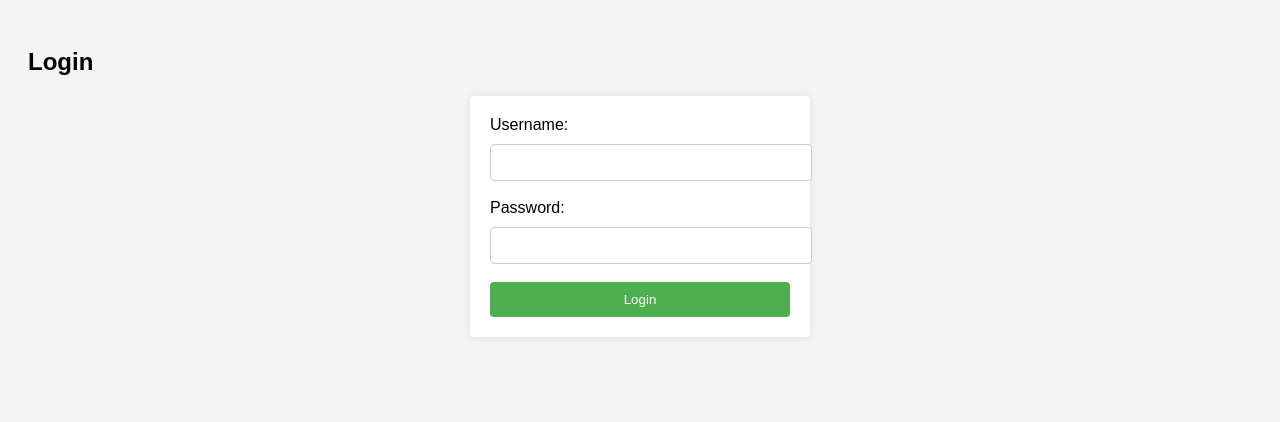
Repository: buhyun1/TIL
Page: WebProgramming/pilotWeb/src/main/webapp/manager.html
An editor plug-in stored every save of this project. The page is shown before and after the next save, followed by the edit.
The browser window is 1280 px wide. The pictures show the whole page.

Above is the page before, as saved 2023-06-23 04:58:40.

### WebProgramming/pilotWeb/src/main/webapp/manager.html
<!DOCTYPE html>
<html>
<head>
    <title>Login</title>
    <style>
        body {
            font-family: Arial, sans-serif;
            background-color: #f4f4f4;
            padding: 20px;
        }

        h2 {
            margin-bottom: 20px;
        }

        form {
            max-width: 300px;
            margin: 0 auto;
            background-color: #fff;
            padding: 20px;
            border-radius: 4px;
            box-shadow: 0 0 8px rgba(0, 0, 0, 0.1);
        }

        label {
            display: block;
            margin-bottom: 10px;
        }

        input[type="text"],
        input[type="password"] {
            width: 100%;
            padding: 10px;
            border: 1px solid #ccc;
            border-radius: 4px;
        }

        input[type="submit"] {
            width: 100%;
            padding: 10px;
            background-color: #4CAF50;
            color: #fff;
            border: none;
            border-radius: 4px;
            cursor: pointer;
        }
    </style>
</head>
<body>
    <h2>Login</h2>
    <form>
        <label for="username">Username:</label>
        <input type="text" id="username" name="username" required><br><br>
        <label for="password">Password:</label>
        <input type="password" id="password" name="password" required><br><br>
        <input type="submit" value="Login">
    </form>
</body>
</html>

After the next save:
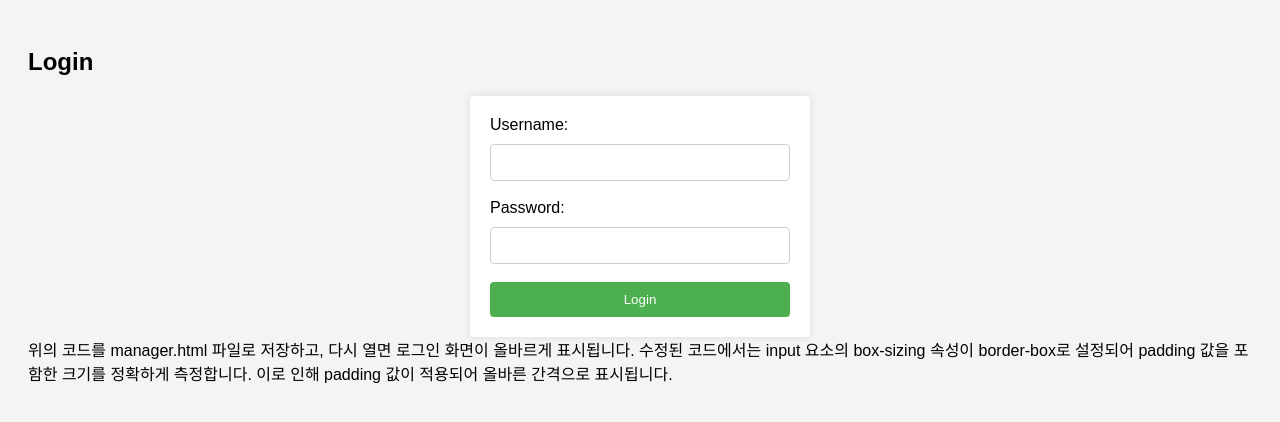
Saved 3 min 24 s later.
--- a/WebProgramming/pilotWeb/src/main/webapp/manager.html
+++ b/WebProgramming/pilotWeb/src/main/webapp/manager.html
@@ -33,6 +33,7 @@
             padding: 10px;
             border: 1px solid #ccc;
             border-radius: 4px;
+            box-sizing: border-box;
         }
 
         input[type="submit"] {
@@ -57,3 +58,4 @@
     </form>
 </body>
 </html>
+위의 코드를 manager.html 파일로 저장하고, 다시 열면 로그인 화면이 올바르게 표시됩니다. 수정된 코드에서는 input 요소의 box-sizing 속성이 border-box로 설정되어 padding 값을 포함한 크기를 정확하게 측정합니다. 이로 인해 padding 값이 적용되어 올바른 간격으로 표시됩니다.

After the save that followed:
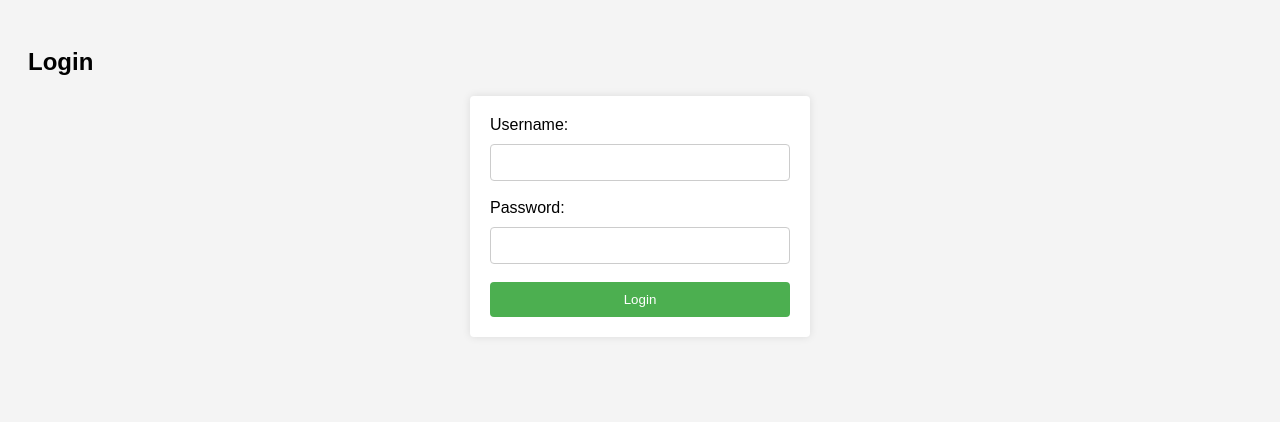
Saved 10 s later.
--- a/WebProgramming/pilotWeb/src/main/webapp/manager.html
+++ b/WebProgramming/pilotWeb/src/main/webapp/manager.html
@@ -58,4 +58,3 @@
     </form>
 </body>
 </html>
-위의 코드를 manager.html 파일로 저장하고, 다시 열면 로그인 화면이 올바르게 표시됩니다. 수정된 코드에서는 input 요소의 box-sizing 속성이 border-box로 설정되어 padding 값을 포함한 크기를 정확하게 측정합니다. 이로 인해 padding 값이 적용되어 올바른 간격으로 표시됩니다.
